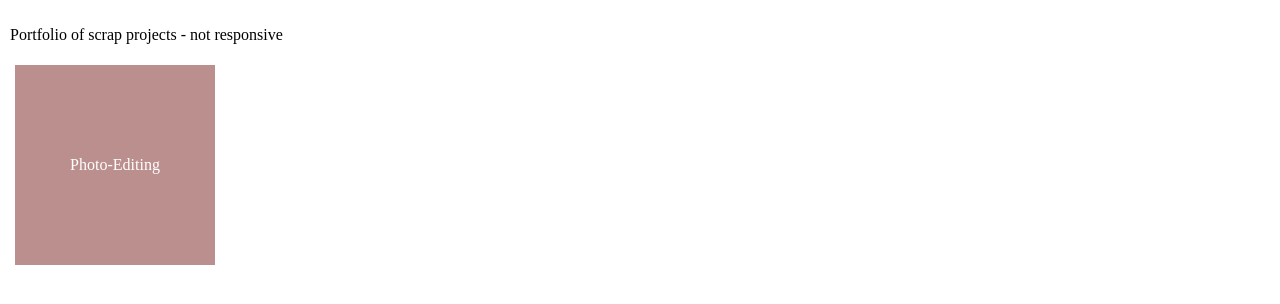
Repository: josephinel6/simple-editing
Page: index.html
These files come from the project's save history. The page is drawn as it stood at one moment and after the next save; the edit follows.
The browser window is 1280 px wide. The pictures show the whole page.
The page's requests for data from a server got no answer.

Above is the page before, as saved 2023-05-24 08:57:33.

After the next save:
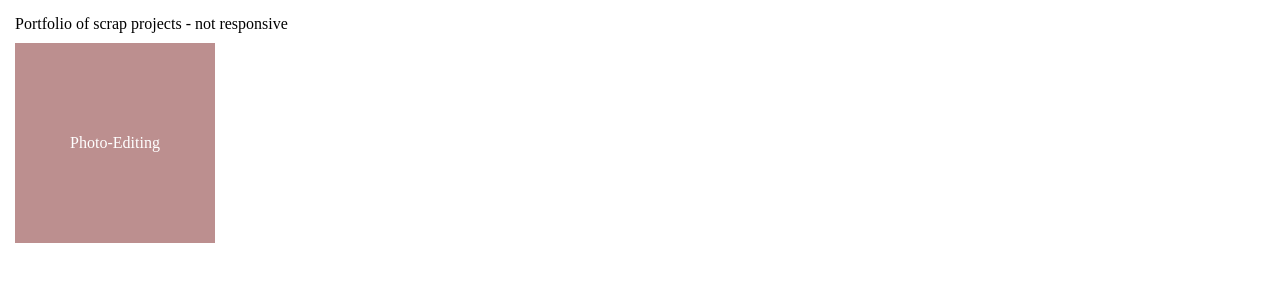
Saved 5 s later.
--- a/index.html
+++ b/index.html
@@ -54,7 +54,7 @@
 <body>
     <div id="nav-placeholder"></div>
     <div class="tabcontent">
-        <p> Portfolio of scrap projects
+        <p style="margin: 5px;"> Portfolio of scrap projects
             - not responsive</p>
         <div class="box">
             <div class="boxinside" onclick="location.href='photos.html'">
